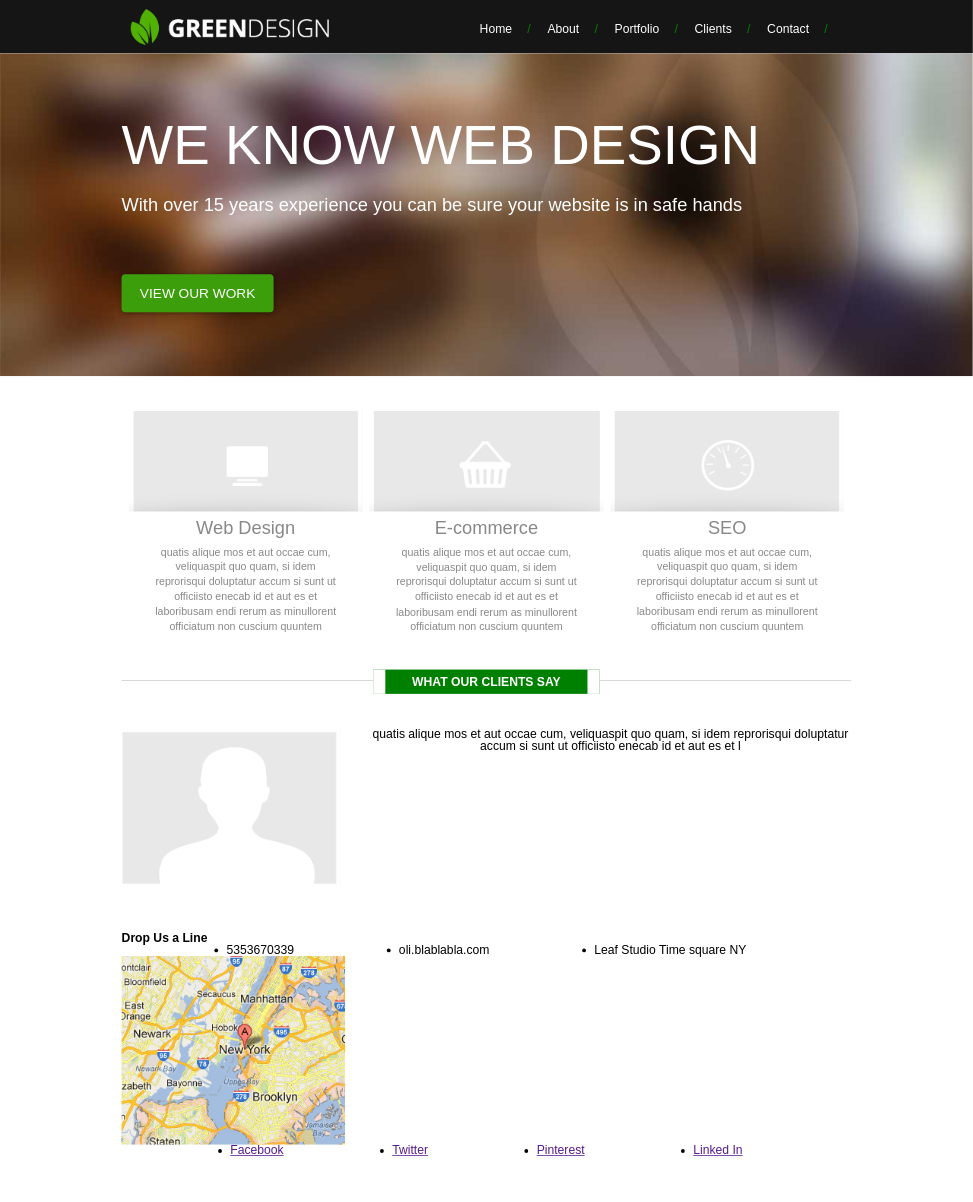
Repository: Piterwk1/psd-to-html
Page: website/index.html
These files come from the project's save history. The page is drawn as it stood at one moment and after the next save; the edit follows.
The browser window is 1280 px wide. The pictures show the whole page, at 76% of full size.

Above is the page before, as saved 2021-09-14 21:45:21.

After the next save:
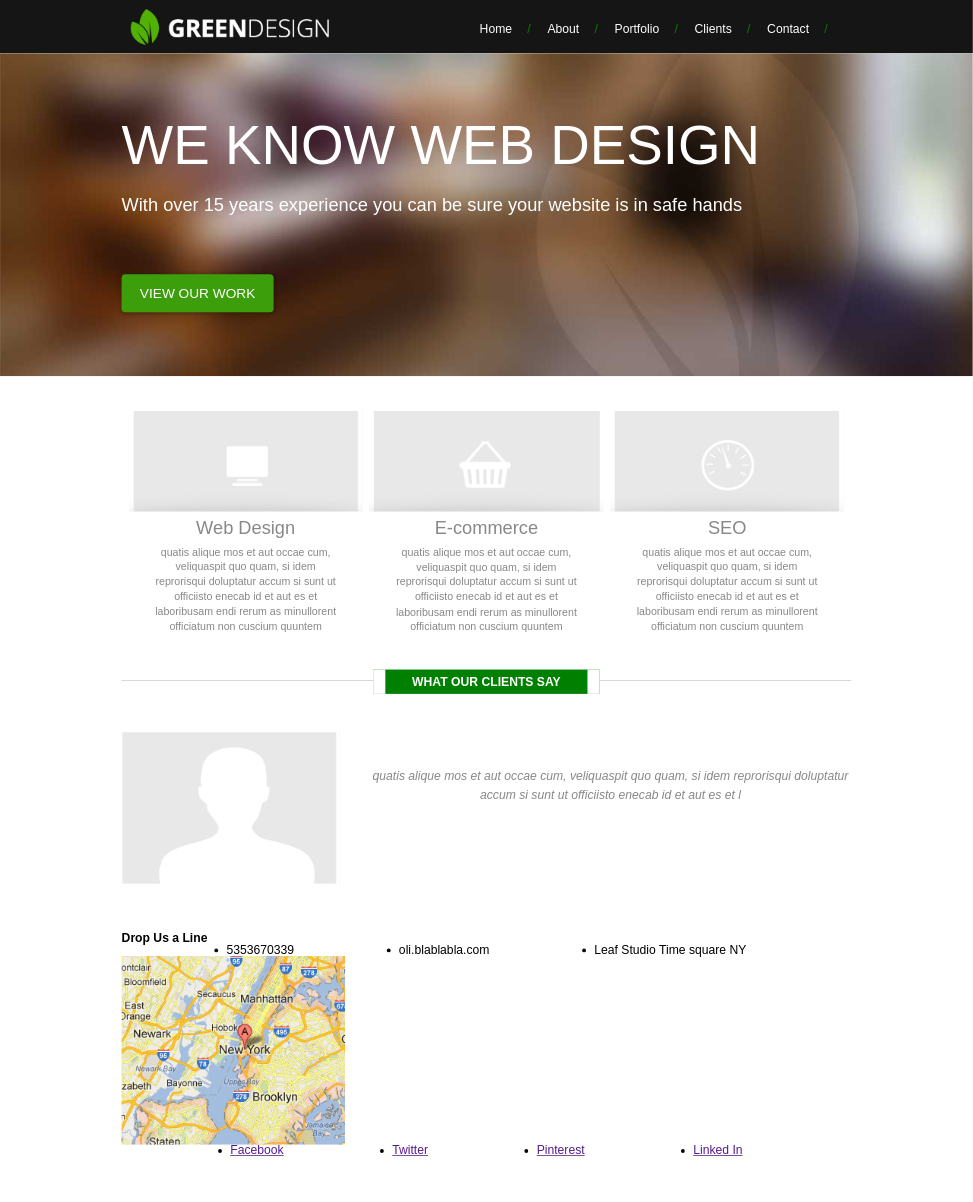
Saved 59 s later.
--- a/website/style.css
+++ b/website/style.css
@@ -352,4 +352,8 @@ border-right: 16px solid #fff;
 #clients blockquote {
     width: 66%;
     text-align: center;
-}
+    font-style: italic;
+    line-height: 1.6em;
+    color: #888;
+    padding-top: 50px;
+}
